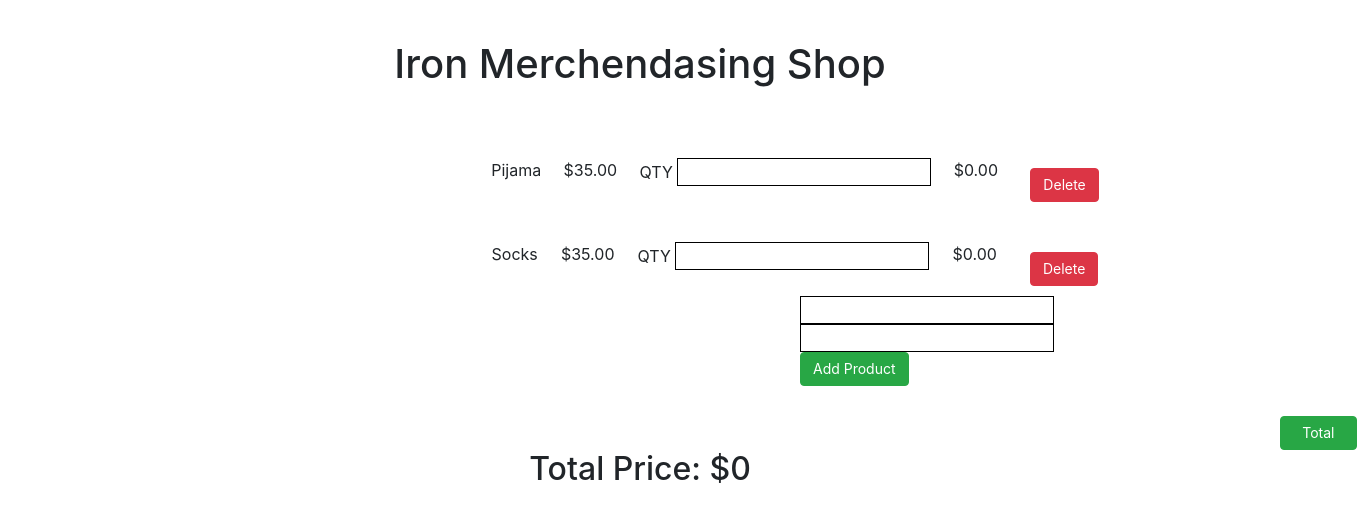
Repository: konstantin0s/lab-cart-DOM
Page: index.html
An editor plug-in stored every save of this project. The page is shown before and after the next save, followed by the edit.
The browser window is 1280 px wide. The page is 1357 px wide, so the pictures cover 1357 px, including what lies to the right of the window. The pictures show the whole page.
Some web libraries are served in a nearby version.

Above is the page before, as saved 2019-02-04 09:44:31.
Console error: TypeError: Cannot set properties of null (setting 'onclick')

After the next save:
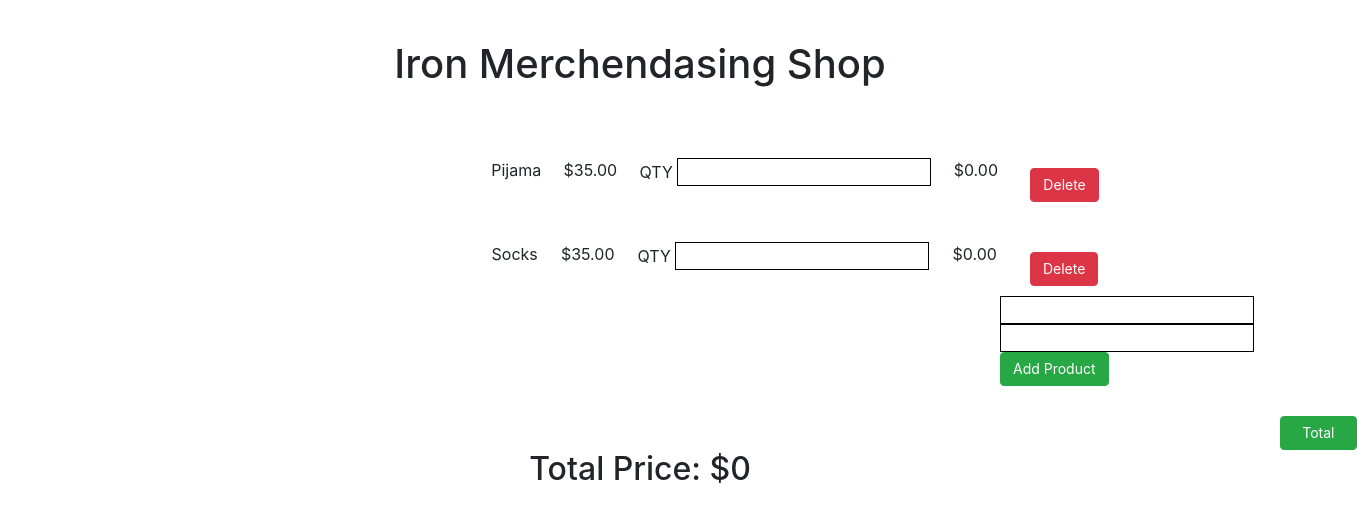
Saved 4 s later.
--- a/css/style.css
+++ b/css/style.css
@@ -129,7 +129,7 @@ input {
   flex-direction: column;
   justify-content: center; */
   position: relative;
-  left: 800px;
+  left: 1000px;
   /* top: 300px; */
   width: 300px;
 }
